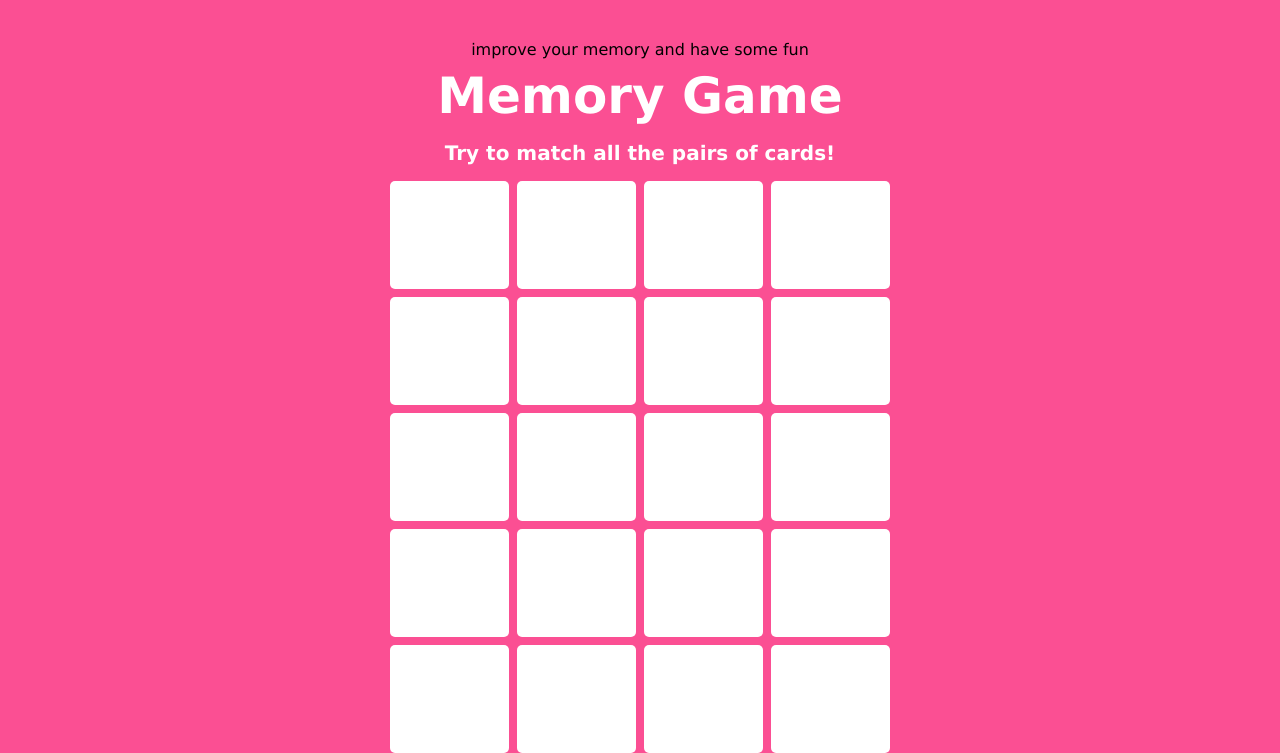
Repository: karim-sebih/react-memory
Page: / (app in react-memory/Memory/), after clicking the first element matching `button.new-game-button`
These files come from the project's save history. The page is drawn as it stood at one moment and after the next save; the edit follows.
The browser window is 1280 px wide. The pictures show the whole page.
The project was rebuilt for these pictures with package versions that can differ from the ones it lists, and the page was loaded fresh each time. Also part of the build but not shown: react-memory/Memory/vite.config.js, react-memory/Memory/src/components/button.css.

Above is the page before, as saved 2025-05-26 07:43:36.

After the next save:
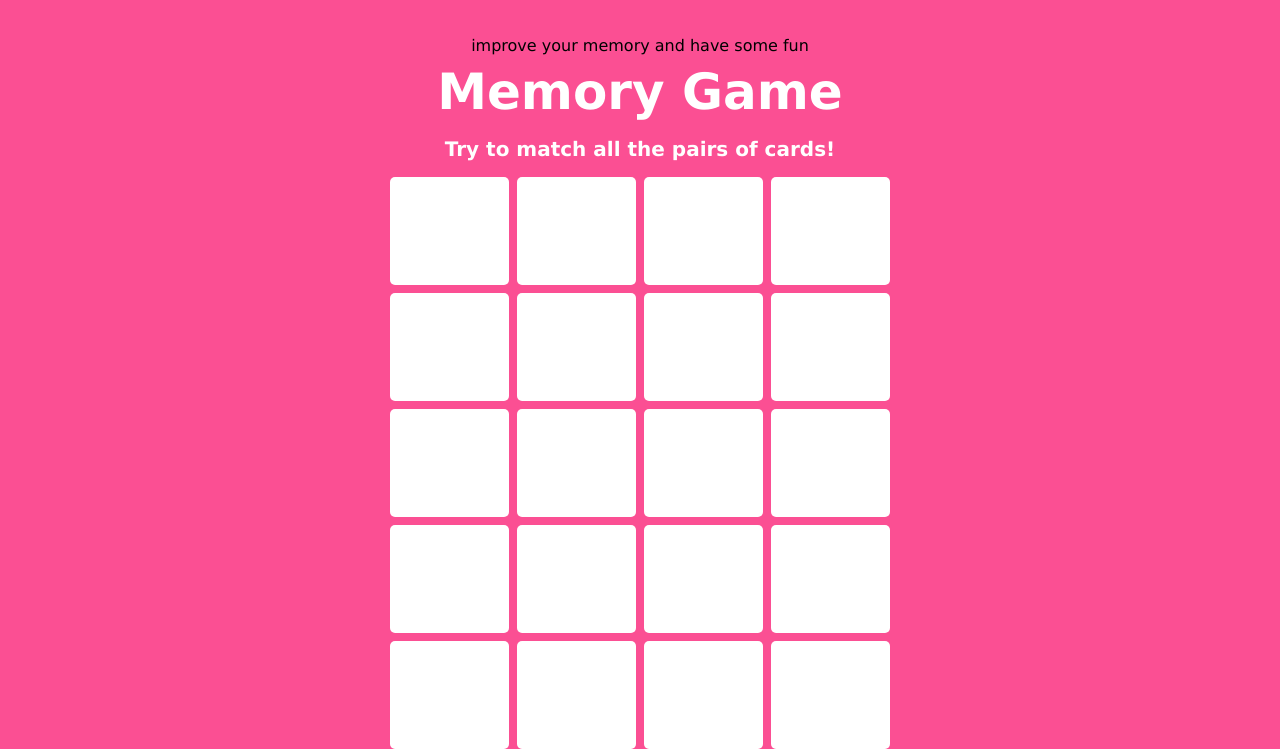
Saved 23 min 49 s later.
--- a/react-memory/Memory/src/App.jsx
+++ b/react-memory/Memory/src/App.jsx
@@ -23,7 +23,7 @@ function App() {
         <NewGameButton onNewGame={startNewGame} />
       ) : (
         <div>
-          <div className="App">
+          <div className="title">
             <h1>Memory Game</h1>
             <h3>Try to match all the pairs of cards!</h3>
             <Cards onResetGame={resetGame} />
